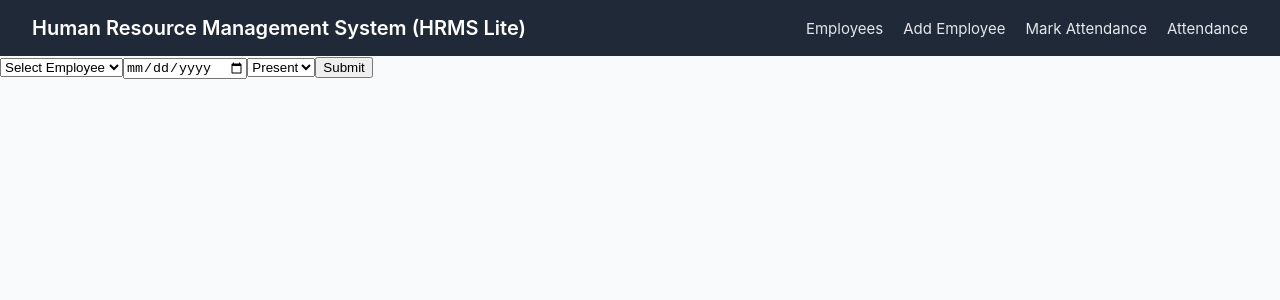
Repository: gautamsonam011/hrmsfrontend
Page: /attendance/add
These files come from the project's save history. The page is drawn as it stood at one moment and after the next save; the edit follows.
The browser window is 1280 px wide. The pictures show the whole page.
The page's requests for data from a server got no answer. The project was rebuilt for these pictures with package versions that can differ from the ones it lists, and the page was loaded fresh each time. No one was signed in, and anything a server would have sent is missing. Also part of the build but not shown: src/components/Loader.jsx, src/components/EmptyState.jsx, src/pages/Employees.jsx, src/pages/AddEmployee.jsx, src/components/ErrorState.jsx, src/pages/Attendance.jsx.

Above is the page before, as saved 2026-01-31 19:35:09.

### public/index.html
<!DOCTYPE html>
<html lang="en">
  <head>
    <meta charset="utf-8" />
    <link rel="icon" href="%PUBLIC_URL%/favicon.ico" />
    <meta name="viewport" content="width=device-width, initial-scale=1" />
    <meta name="theme-color" content="#000000" />
    <meta
      name="description"
      content="Web site created using create-react-app"
    />
    <link rel="apple-touch-icon" href="%PUBLIC_URL%/logo192.png" />
    <!--
      manifest.json provides metadata used when your web app is installed on a
      user's mobile device or desktop. See https://developers.google.com/web/fundamentals/web-app-manifest/
    -->
    <link rel="manifest" href="%PUBLIC_URL%/manifest.json" />
    <!--
      Notice the use of %PUBLIC_URL% in the tags above.
      It will be replaced with the URL of the `public` folder during the build.
      Only files inside the `public` folder can be referenced from the HTML.

      Unlike "/favicon.ico" or "favicon.ico", "%PUBLIC_URL%/favicon.ico" will
      work correctly both with client-side routing and a non-root public URL.
      Learn how to configure a non-root public URL by running `npm run build`.
    -->
    <title>HRMS</title>
  </head>
  <body>
    <noscript>You need to enable JavaScript to run this app.</noscript>
    <div id="root"></div>
    <!--
      This HTML file is a template.
      If you open it directly in the browser, you will see an empty page.

      You can add webfonts, meta tags, or analytics to this file.
      The build step will place the bundled scripts into the <body> tag.

      To begin the development, run `npm start` or `yarn start`.
      To create a production bundle, use `npm run build` or `yarn build`.
    -->
  </body>
</html>

### src/App.js
import { BrowserRouter, Routes, Route } from "react-router-dom";
import "./style.css";
import Navbar from "./components/Navbar";
import Employees from "./pages/Employees";
import AddEmployee from "./pages/AddEmployee";
import Attendance from "./pages/Attendance";
import AddAttendance from "./pages/AddAttendance";

function App() {
  return (
    <BrowserRouter>
      <Navbar />
      <Routes>
        <Route path="/" element={<Employees />} />
        <Route path="/employees/add" element={<AddEmployee />} />
        <Route path="/attendance/add" element={<AddAttendance />} />
        <Route path="/attendance/:id" element={<Attendance />} />
      </Routes>
    </BrowserRouter>
  );
}

export default App;

### src/style.css

/* Global */
body {
  margin: 0;
  font-family: "Inter", system-ui, -apple-system, BlinkMacSystemFont;
  background-color: #f9fafb;
  color: #111827;
}

/* Page wrapper */
.page {
  padding: 24px;
}

/* Card */
.card {
  background: #ffffff;
  border-radius: 8px;
  padding: 20px;
  box-shadow: 0 4px 12px rgba(0, 0, 0, 0.05);
}

/* Headings */
.page-title {
  font-size: 22px;
  font-weight: 600;
  margin-bottom: 16px;
}

/* Buttons */
.btn {
  padding: 10px 16px;
  border-radius: 6px;
  border: none;
  cursor: pointer;
  font-size: 14px;
}

.btn-primary {
  background-color: #2563eb;
  color: white;
}

.btn-danger {
  background-color: #dc2626;
  color: white;
}

.btn-secondary {
  background-color: #e5e7eb;
}

/* Inputs */
.input,
.select {
  padding: 10px;
  border-radius: 6px;
  border: 1px solid #d1d5db;
  font-size: 14px;
  width: 100%;
}

.input:focus,
.select:focus {
  outline: none;
  border-color: #2563eb;
}

.form-grid {
  display: grid;
  grid-template-columns: repeat(auto-fit, minmax(220px, 1fr));
  gap: 16px;
}

.table {
  width: 90%;
  border-collapse: collapse;
  margin-top: 50px;
  margin:30px;
  background-color:#f8fcfc
}

.table th {
  text-align: left;
  background: #f3f4f6;
  padding: 12px;
  font-size: 13px;
  font-weight: 600;
}

.table td {
  padding: 12px;
  border-bottom: 1px solid #e5e7eb;
  font-size: 14px;
}

.table tr:hover {
  background-color: #f9fafb;
}

/* ===== Add Employee Form ===== */
.employee-form-wrapper {
  display: flex;
  justify-content: center;
  padding: 32px 16px;
}

.employee-form {
  background: #ffffff;
  width: 100%;
  max-width: 520px;
  padding: 28px;
  border-radius: 12px;
  box-shadow: 0 12px 28px rgba(0, 0, 0, 0.08);
}

.employee-form-title {
  font-size: 30px;
  font-weight: 600;
  text-align: center;
  margin-bottom: 24px;
  color: #111827;
}

/* Form fields */
.employee-form-group {
  margin-bottom: 18px;
}

.employee-input {
  width: 90%;
  padding: 12px 14px;
  font-size: 14px;
  border-radius: 8px;
  border: 1px solid #d1d5db;
  transition: all 0.2s ease;
}

.employee-input::placeholder {
  color: #9ca3af;
}

.employee-input:focus {
  outline: none;
  border-color: #1e6475;
  box-shadow: 0 0 0 2px rgba(37, 99, 235, 0.15);
}

/* Submit button */
.employee-submit-btn {
  width: 50%;
  padding: 12px;
  margin-top: 10px;
  font-size: 15px;
  font-weight: 500;
  border-radius: 8px;
  border: none;
  cursor: pointer;
  background-color: #111827;
  color: white;
  transition: background-color 0.2s ease;
}

.employee-submit-btn:hover {
  background-color: #1b2336;
}

### src/components/Navbar.jsx
import { NavLink } from "react-router-dom";

export default function Navbar() {
  return (
    <nav style={styles.nav}>
      <h2 style={styles.logo}>Human Resource Management System (HRMS Lite)</h2>

      <div style={styles.links}>
        <NavLink to="/" style={styles.link}>
          Employees
        </NavLink>
        <NavLink to="/employees/add" style={styles.link}>
          Add Employee
        </NavLink>
        <NavLink to="/attendance/add" style={styles.link}>
          Mark Attendance
        </NavLink>
        <NavLink to="/attendance" style={styles.link}>
          Attendance
        </NavLink>
      </div>
    </nav>
  );
}

const styles = {
  nav: {
    display: "flex",
    justifyContent: "space-between",
    alignItems: "center",
    padding: "16px 32px",
    backgroundColor: "#1f2937",
    color: "#fff",
  },
  logo: {
    margin: 0,
    fontSize: "20px",
    fontWeight: "600",
  },
  links: {
    display: "flex",
    gap: "20px",
  },
  link: {
    color: "#e5e7eb",
    textDecoration: "none",
    fontSize: "15px",
  },
};

### src/pages/AddAttendance.jsx
import { useState, useEffect } from "react";
import { getEmployees } from "../api/employeeApi";
import { markAttendance } from "../api/attendanceApi";

export default function Attendance() {
  const [employees, setEmployees] = useState([]);
  const [data, setData] = useState({
    employee_id: "",
    date: "",
    status: "present",
  });

  useEffect(() => {
    getEmployees().then((res) => {
      const empList = Array.isArray(res.data.data)
        ? res.data.data
        : [];
      setEmployees(empList);
    });
  }, []);

  const submitAttendance = async () => {
    if (!data.employee_id || !data.date) {
      alert("Please select employee and date");
      return;
    }

    try {
      await markAttendance(data);
      alert("Attendance marked successfully");

      // optional reset
      setData({
        employee_id: "",
        date: "",
        status: "present",
      });
    } catch (err) {
      console.error(err.response?.data);
      alert("Failed to mark attendance");
    }
  };

  return (
    <>
      <select
        value={data.employee_id}
        onChange={(e) =>
          setData({ ...data, employee_id: e.target.value })
        }
      >
        <option value="">Select Employee</option>
        {employees.map((emp) => (
          <option key={emp.id} value={emp.id}>
            {emp.employee_id}
          </option>
        ))}
      </select>

      <input
        type="date"
        value={data.date}
        onChange={(e) =>
          setData({ ...data, date: e.target.value })
        }
      />

      <select
        value={data.status}
        onChange={(e) =>
          setData({ ...data, status: e.target.value })
        }
      >
        <option value="present">Present</option>
        <option value="absent">Absent</option>
      </select>

      <button onClick={submitAttendance}>Submit</button>
    </>
  );
}

### src/api/employeeApi.js
import api from "./axios";

export const getEmployees = () => api.get("/employees/");
export const addEmployee = (data) => api.post("/employees/", data);
export const deleteEmployee = (id) => api.delete(`/employees/${id}/`);

### src/api/axios.js
import axios from "axios";

const api = axios.create({
  baseURL: "http://127.0.0.1:8000/api/v1",
  headers: {
    "Content-Type": "application/json",
  },
});

export default api;

### src/api/attendanceApi.js
import api from "./axios";

export const markAttendance = (data) =>
  api.post("/attendance/", data);

export const getAttendanceByEmployee = (employeeId) =>
  api.get(`/attendance/${employeeId}/`);

Loaded but not shown: src/index.js (common file); src/index.css (common file); src/reportWebVitals.js (common file)

After the next save:
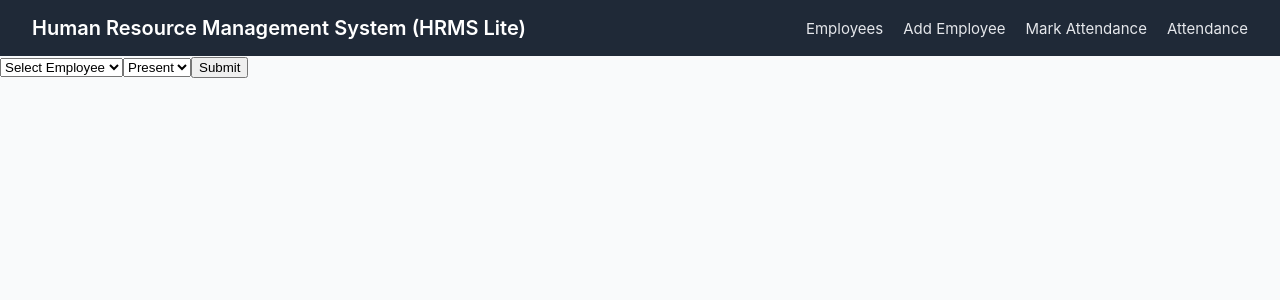
Saved 15 min 7 s later.
--- a/src/pages/AddAttendance.jsx
+++ b/src/pages/AddAttendance.jsx
@@ -6,33 +6,32 @@ export default function Attendance() {
   const [employees, setEmployees] = useState([]);
   const [data, setData] = useState({
     employee_id: "",
-    date: "",
     status: "present",
   });
 
   useEffect(() => {
     getEmployees().then((res) => {
-      const empList = Array.isArray(res.data.data)
-        ? res.data.data
-        : [];
-      setEmployees(empList);
+      // backend response: { success, data: [] }
+      setEmployees(res.data.data || []);
     });
   }, []);
 
   const submitAttendance = async () => {
-    if (!data.employee_id || !data.date) {
-      alert("Please select employee and date");
+    if (!data.employee_id) {
+      alert("Please select employee");
       return;
     }
 
     try {
-      await markAttendance(data);
+      await markAttendance({
+        employee_id: data.employee_id, // ✅ SAME AS DROPDOWN VALUE
+        status: data.status,           // ✅ present / absent
+      });
+
       alert("Attendance marked successfully");
 
-      // optional reset
       setData({
         employee_id: "",
-        date: "",
         status: "present",
       });
     } catch (err) {
@@ -43,6 +42,7 @@ export default function Attendance() {
 
   return (
     <>
+      {/* Employee dropdown */}
       <select
         value={data.employee_id}
         onChange={(e) =>
@@ -51,20 +51,13 @@ export default function Attendance() {
       >
         <option value="">Select Employee</option>
         {employees.map((emp) => (
-          <option key={emp.id} value={emp.id}>
-            {emp.employee_id}
+          <option key={emp.employee_id} value={emp.employee_id}>
+            {emp.employee_id} – {emp.full_name}
           </option>
         ))}
       </select>
 
-      <input
-        type="date"
-        value={data.date}
-        onChange={(e) =>
-          setData({ ...data, date: e.target.value })
-        }
-      />
-
+      {/* Status */}
       <select
         value={data.status}
         onChange={(e) =>
